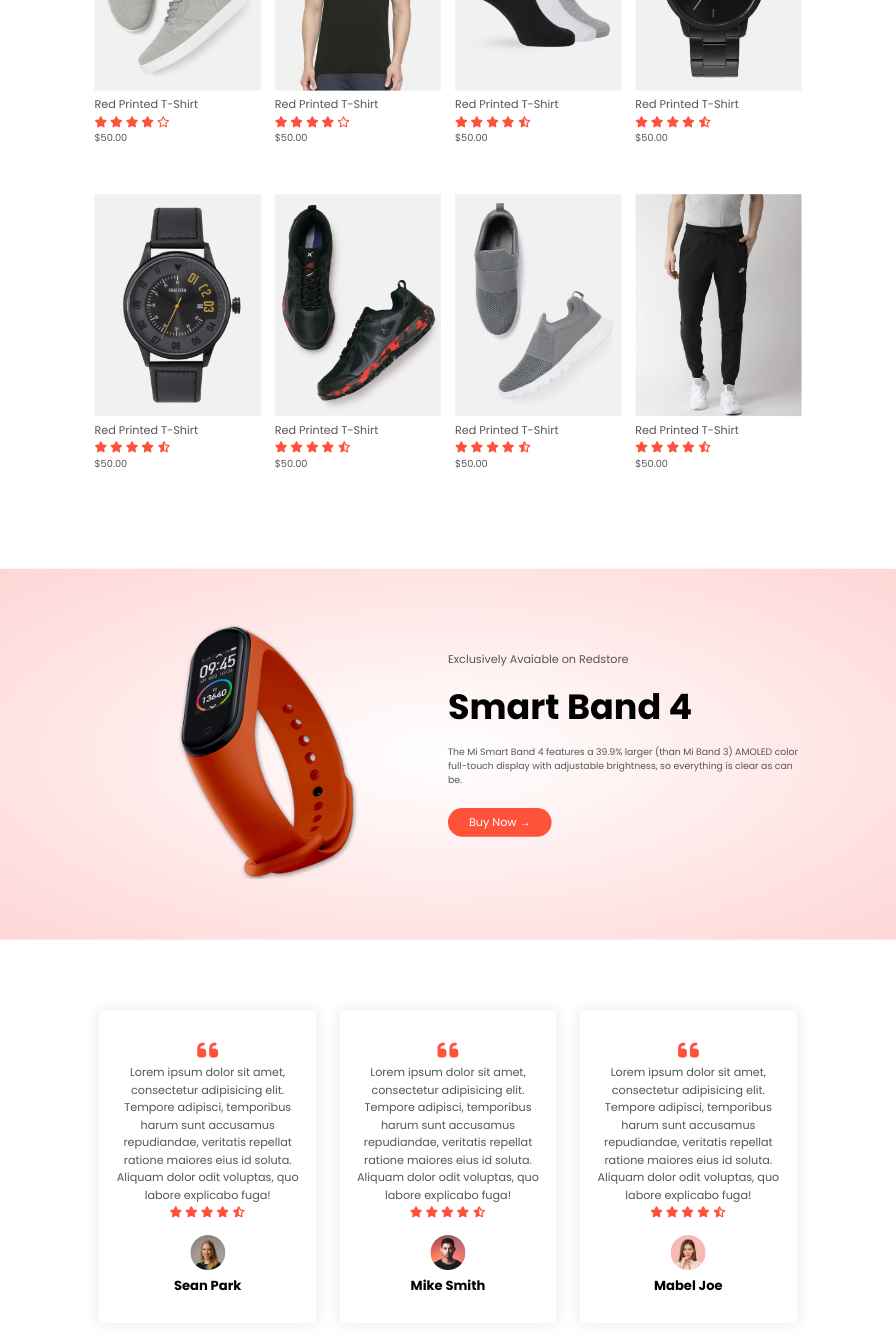
Repository: datvu1608/redsportstore
Page: index.html
The author's editor kept a copy of each file at every save. The page is drawn from the files as they stood at one save, then again after a run of saves.
The browser window is 1280 px wide. The pictures show the part of the page from y = 2249 to 4169 px (the page is 4169 px tall before and 4077 px after), at 70% of full size.

Above is the page before, as saved 2023-11-23 15:02:40.

After the next 2 saves:
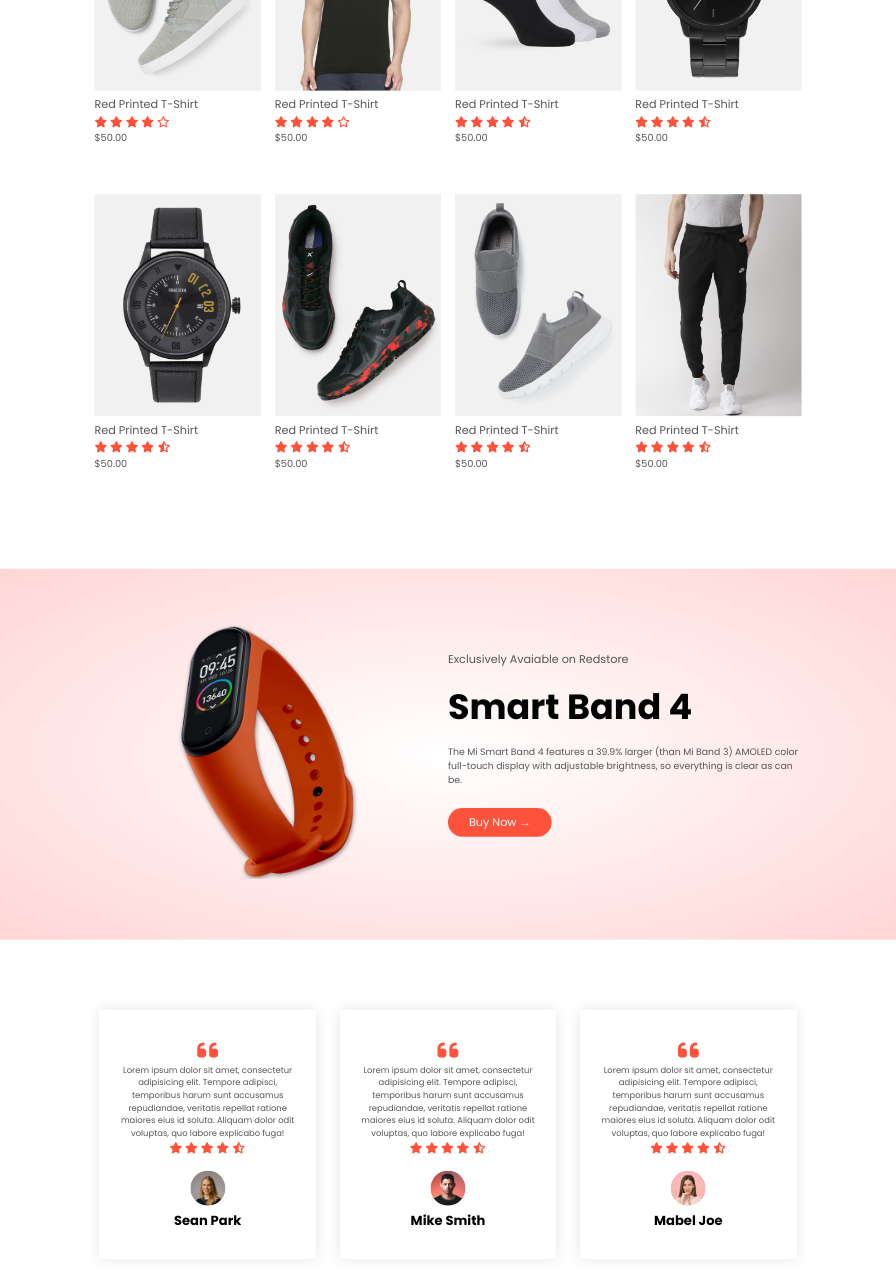
The 2 saves are shown as one change because they came seconds apart.
The last was saved 8 s later.
--- a/styles.css
+++ b/styles.css
@@ -175,4 +175,6 @@
   font-size: 34px;
   color: #ff523b;
 }
-.
+.col-3 p {
+  font-size: 12px;
+}
